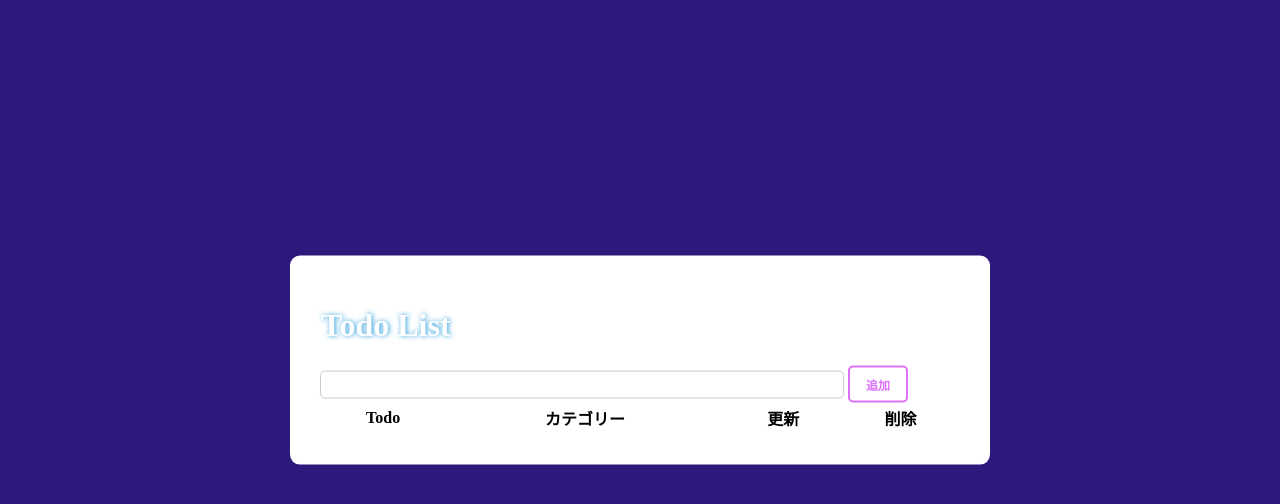
Repository: azuma2/cate
Page: http://localhost/
An editor plug-in stored every save of this project. The page is shown before and after a run of saves, followed by the edit.
The browser window is 1280 px wide. The pictures show the whole page.
The page is served by the project's Laravel application, run on PHP 8.4 with Laravel 8. Other server files are loaded and not shown. Queries for data that is not in the repository find no rows.

Above is the page before, as saved 2022-05-07 20:49:47.

### routes/web.php
<?php

use Illuminate\Support\Facades\Route;
use App\Http\Controllers\TodoController;
use App\Http\Controllers\CateController;


Route::get('/', [TodoController::class, 'index']);
Route::post('/todo/create', [TodoController::class, 'create']);
Route::post('/todo/update', [TodoController::class, 'update']);
Route::post('/todo/delete', [TodoController::class, 'remove']);
Route::post('/todo/search', [TodoController::class, 'search']);
Route::post('/cate/create', [CateController::class, 'post']);
Route::post('/cate/update', [CateController::class, 'update']);
Route::post('/cate/delete', [CateController::class, 'remove']);
Route::post('/cate/search', [CateController::class, 'search']);

### app/Http/Controllers/TodoController.php
<?php

namespace App\Http\Controllers;

use App\Models\Todo;
use App\Models\Cate;
use Illuminate\Http\Request;
use Illuminate\Support\Facades\DB;

class TodoController extends Controller
{
    public function index()
    {
        $items = Todo::all();
        $items = DB::select('select * from todos');

        return view('index', ['items' => $items]);
    }

    public function create(Request $request)
    {
        $param = ['content' => $request->content,];
        $this->validate($request, Todo::$rules);

        DB::insert('insert into todos (content) values (:content)', $param);
        return redirect('/');
    }

    public function update(Request $request)
    {
         $param = [
            'id' => $request->id,
            'content' => $request->content,

        ];
        $this->validate($request, Todo::$rules);
        DB::update('update todos set content =:content where id =:id', $param);
        return redirect('/');
    }

    public function remove(Request $request)
    {
        $param = ['id' => $request->id];
        DB::delete('delete from todos where id =:id', $param);
        return redirect('/');
    }

}

### app/Models/todo.php
<?php


namespace App\Models;

use Illuminate\Database\Eloquent\Factories\HasFactory;
use Illuminate\Database\Eloquent\Model;
use App\Models\Cate;

class Todo extends Model
{
    use HasFactory;

    protected $fillable = ['cate_id', 'content'];

    public static $rules = array(
        'cate_id' => 'text',
        'content' => 'required|max:20',
    );

    public function cate(){
        return $this->belongsTo('App\Models\cate');
    }


}

### resources/views/index.blade.php
<!DOCTYPE html>
<html lang="ja">
<head>
    <meta charset="UTF-8">
    <meta http-equiv="X-UA-Compatible" content="IE=edge">
    <meta name="viewport" content="width=device-width, initial-scale=1.0">
    <link rel="stylesheet" href="{{ asset('\resources\views\layouts\reset.css') }}" >
    <title>@yield('title')</title>
    <style>
    body {
      font-size:16px;
      margin: 5px;
      background-color: #2d197c;
    }

    td {
      padding: 5px 10px;
      text-align: center;
    }

    .narabe{
      display:flex;
        flex-flow: column;
    }

    .button {
    text-align: left;
    border: 2px solid #dc70fa;
    font-size: 12px;
    color: #dc70fa;
    background-color: #fff;
    font-weight: bold;
    padding: 8px 16px;
    border-radius: 5px;
    cursor: pointer;
    transition: 0.4s;
    outline: none;
}
.input-add {
    width: 80%;
    padding: 5px;
    border-radius: 5px;
    border: 1px solid #ccc;
    appearance: none;
    font-size: 14px;
    outline: none;
}
.input-update {
    width: 90%;
    padding: 5px;
    border-radius: 5px;
    border: 1px solid #ccc;
    appearance: none;
    font-size: 14px;
    outline: none;
}
    .card {
    background-color: #fff;
    width: 50vw;
    padding: 30px;
    position: absolute;
    top: 50%;
    left: 50%;
    transform: translate(-50%, -50%);
    border-radius: 10px;
}
    h1 {
      font-size:32px;
      color:white;
      text-shadow:1px 0 5px #289ADC;
      margin-left: 1px
    }
    .content {
      margin:10px;
    }
    </style>
  </head>
  <body>
  <div class="container">
    <div class="card">
      <h1 class="title">Todo List</h1>
            <div class="todo">
              @if ($errors->has('content'))
                  <tr>
                    <th>ERROR</th>
                  <td>
                  {{$errors->first('content')}}
                </td>
            </tr>
          @endif



        <form action="/todo/create" method="post">
            @csrf
          <input type="text" class="input-add" name="content" />
          <input class="button" type="submit" value="追加" />
        </form>
          @csrf
          <div class="narabe">
        <table>
            @csrf
          <tr>
            <th>Todo</th>
            <th>カテゴリー</th>
            <th>更新</th>
            <th>削除</th>
          </tr>

                    <tr>
            @foreach ($items as $item)

            <td>

            </td>

            <form action="/todo/update" method="post">
              @csrf
              <td>
                <input type="text" class="input-update" value="{{$item->content}}" name="content" />
              </td>
              <td>
                <input type="hidden"  name="id" value="{{$item->id}}">
                <input class="button" type="submit" value="更新" >
              </td>
            </form>
            <td>
              <form action="/todo/delete" method="post" >
                    @csrf
                <input  type="hidden" name="id" value="{{$item->id}}" >
                <input class="button" type="submit" value="削除" >
              </form>
            </td>
            </div>
          </tr>
          @endforeach
                  </table>
      </div>
    </div>
  </div>
  </div>

</body>
</html>

Loaded but not shown: app/Http/Controllers/Controller.php (common file)

After the next 2 saves:
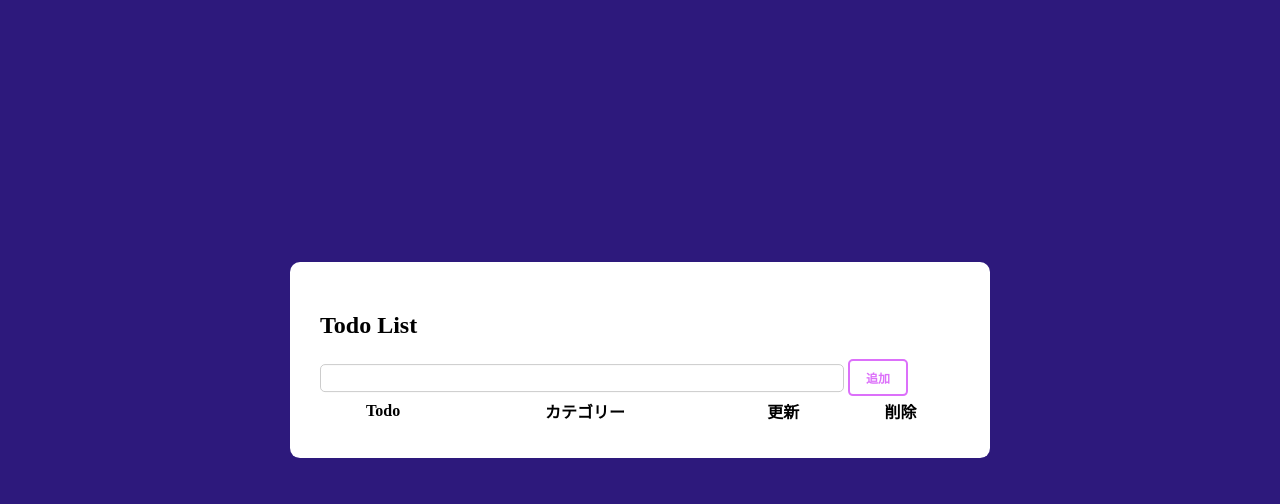
The 2 saves are shown as one change because they came seconds apart.
The last was saved 26 s later.
--- a/resources/views/index.blade.php
+++ b/resources/views/index.blade.php
@@ -78,7 +78,7 @@
   <body>
   <div class="container">
     <div class="card">
-      <h1 class="title">Todo List</h1>
+      <h2 class="title">Todo List</h1>
             <div class="todo">
               @if ($errors->has('content'))
                   <tr>
